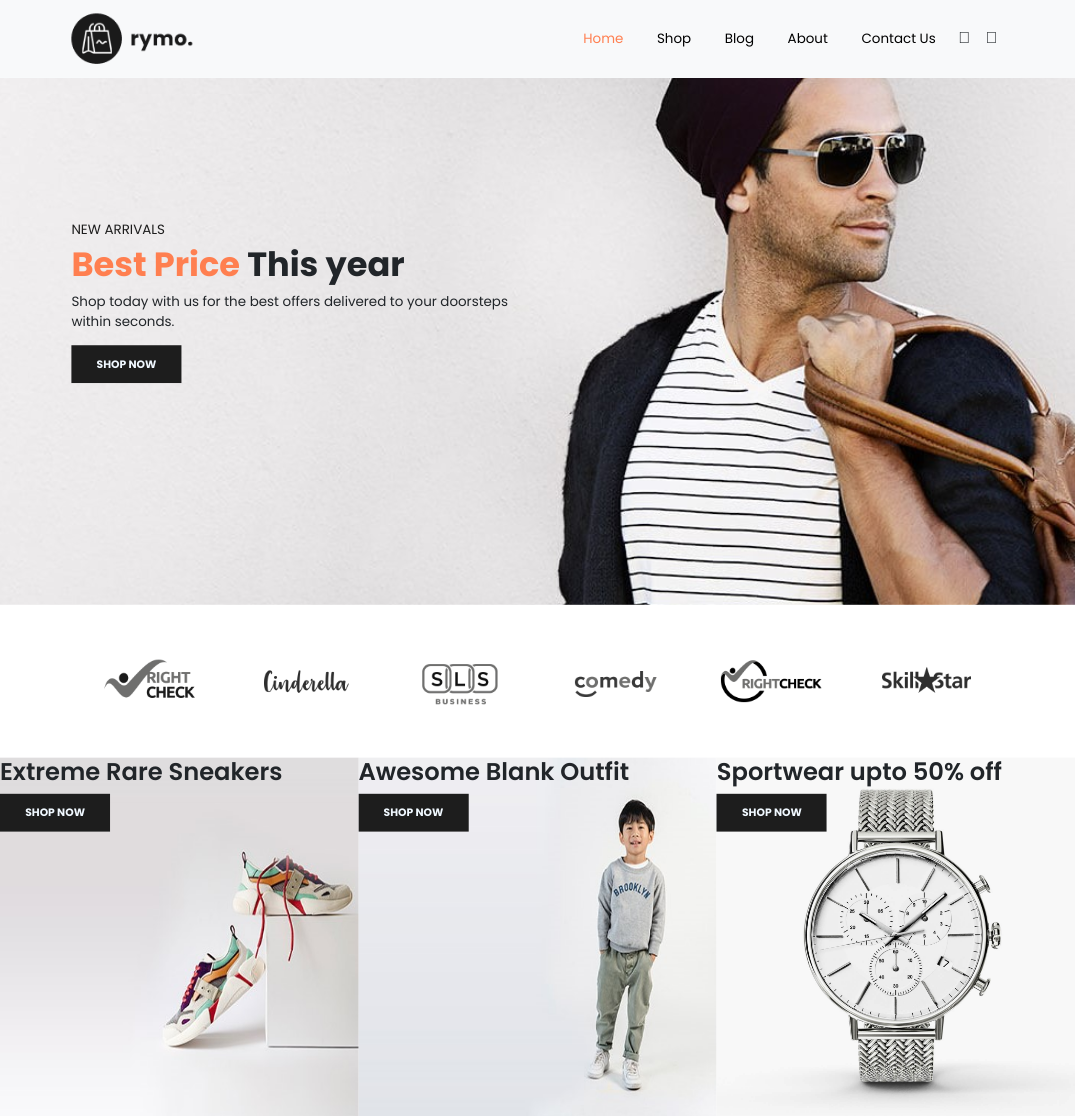
Repository: peter417waweru/e-commerce-UI
Page: index.html
The author's editor kept a copy of each file at every save. The page is drawn from the files as they stood at one save, then again after the next save.
The browser window is 1280 px wide. The pictures show the whole page, at 84% of full size.
Some web libraries are served in a nearby version.

Above is the page before, as saved 2025-02-07 20:30:14.

### index.html
<!DOCTYPE html>
<html lang="en">

    <head>
        <meta charset="UTF-8">
        <meta http-equiv="X-UA-Compatible" content="IE=edge">
        <meta name="viewport" content="width=device-width, initial-scale=1.0">
        <title>Ecommerce Website1</title>

        <link rel="stylesheet" href="https://cdn.jsdelivr.net/npm/bootstrap@4.1.3/dist/css/bootstrap.min.css"
         integrity="sha384-MCw98/SFnGE8fJT3GXwEOngsV7Zt27NXFoaoApmYm81iuXoPkFOJwJ8ERdknLPMO" crossorigin="anonymous">

        <link rel="stylesheet" href="https://pro.fontawesome.com/releases/v5.10.0/css/all.css" />

        <link rel="stylesheet" href="./style.css">
    </head>

    <body>

        <nav class="navbar navbar-expand-lg navbar-light bg-light py-3 fixed-top">
            <div class="container">
              <img src="img/logo1.png" alt="">
              <button class="navbar-toggler" type="button" data-bs-toggle="collapse" data-bs-target="#navbarSupportedContent" aria-controls="navbarSupportedContent" aria-expanded="false" aria-label="Toggle navigation">
                <span><i id="bar" class="fas fa-bars"></i></span>
              </button>
              <div class="collapse navbar-collapse" id="navbarSupportedContent">
                <ul class="navbar-nav ml-auto">
                  <li class="nav-item">
                    <a class="nav-link active" aria-current="page" href="#">Home</a>
                  </li>
                  <li class="nav-item">
                    <a class="nav-link" aria-current="page" href="#">Shop</a>
                  </li>
                  <li class="nav-item">
                    <a class="nav-link" aria-current="page" href="#">Blog</a>
                  </li>
                  <li class="nav-item">
                    <a class="nav-link" aria-current="page" href="#">About</a>
                  </li>
                  <li class="nav-item">
                    <a class="nav-link" aria-current="page" href="#">Contact Us</a>
                  </li>
                  <li class="nav-item">
                    <i class="fal fa-search"></i>
                    <i class="fal fa-shopping-bag"></i>
                  </li>


                </ul>

              </div>
            </div>
        </nav>


        <section id="home">
          <div class="container">
            <h5>NEW ARRIVALS</h5>
            <h1><span>Best Price</span> This year</h1>
            <p>Shop today with us for the best offers delivered to your doorsteps <br>
               within seconds.
            </p>
            <button>Shop Now</button>
          </div>
        </section>

        <section id="brand" class="container">
          <div class="row m-0 py-5">
            <img class="img-fluid col-lg-2 col-md-4 col-sm-6" src="img/brand/1.png" alt="">
            <img class="img-fluid col-lg-2 col-md-4 col-sm-6" src="img/brand/2.png" alt="">
            <img class="img-fluid col-lg-2 col-md-4 col-sm-6" src="img/brand/3.png" alt="">
            <img class="img-fluid col-lg-2 col-md-4 col-sm-6" src="img/brand/4.png" alt="">
            <img class="img-fluid col-lg-2 col-md-4 col-sm-6" src="img/brand/5.png" alt="">
            <img class="img-fluid col-lg-2 col-md-4 col-sm-6" src="img/brand/6.png" alt="">
          </div>
        </section>

        <section id="new" class="w-100">
          <div class="row p-0 m-0">
            <div class="one col-lg-4 col-md-12 col-sm-12 p-0">
              <img class="img-fluid" src="img/new/1.jpg" alt="">
              <div class="details">
                <h2>Extreme Rare Sneakers</h2>
                <button class="text-uppercase">shop now</button>
              </div>
            </div>
            <div class="one col-lg-4 col-md-12 col-sm-12 p-0">
              <img class="img-fluid" src="img/new/2.jpg" alt="">
              <div class="details">
                <h2>Awesome Blank Outfit</h2>
                <button class="text-uppercase">shop now</button>
              </div>
            </div>
            <div class="one col-lg-4 col-md-12 col-sm-12 p-0">
              <img class="img-fluid" src="img/new/3.jpg" alt="">
              <div class="details">
                <h2>Sportwear upto 50% off</h2>
                <button class="text-uppercase">shop now</button>
              </div>
            </div>
          </div>

        </section>
        <script src="https://cdn.jsdelivr.net/npm/@popperjs/core@2.9.1/dist/umd/popper.min.js"
            integrity="sha384-SR1sx49pcuLnqZUnnPwx6FCym0wLsk5JZuNx2bPPENzswTNFaQU1RDvt3wT4gWFG"
            crossorigin="anonymous"></script>
        <script src="https://cdn.jsdelivr.net/npm/bootstrap@5.0.0-beta3/dist/js/bootstrap.min.js"
            integrity="sha384-j0CNLUeiqtyaRmlzUHCPZ+Gy5fQu0dQ6eZ/xAww941Ai1SxSY+0EQqNXNE6DZiVc"
            crossorigin="anonymous"></script>
    </body>

</html>

### style.css
@import url("https://fonts.googleapis.com/css2?family=Poppins:wght@100;200;300;400;500;600;700;800;900&display=swap");
* {
  margin: 0;
  padding: 0;
  box-sizing: border-box;
}

body {
  font-family: "Poppins", sans-serif;
}

h1 {
  font-size: 2.5rem;
  font-weight: 700;
}

h2 {
  font-size: 1.8rem;
  font-weight: 600;
}

h3 {
  font-size: 1.4rem;
  font-weight: 800;
}

h4 {
  font-size: 1.1rem;
  font-weight: 600;
}

h5 {
  font-size: 1rem;
  font-weight: 400;
  color: #1d1d1d;
}

h6 {
  color: #d8d8d8;
}

button {
  font-size: 0.8rem;
  font-weight: 700;
  outline: none;
  border: none;
  background-color: #1d1d1d;
  color: aliceblue;
  padding: 13px 30px;
  cursor: pointer;
  text-transform: uppercase;
  transition: 0.3s ease;
}

button:hover {
  background-color: #3a3833;
}

hr {
  width: 30px;
  height: 2px;

}

.navbar {
  font-size: 16px;
  background-color: #d8d8d8;
  top: 0;
  left: 0;
}

.navbar-light .navbar-nav .nav-link{
  padding: 0 20px;
  color: black;
  transition: 0.3s ease;
}

.navbar-light .navbar-nav .nav-link:hover,
.navbar i:hover,
.navbar-light .navbar-nav .nav-link.active,
.navbar i.active
{
  color: coral;
}



.navbar i{
  font-size: 1.2rem;
  padding: 0 7px;
  cursor: pointer;
  transition: 0.3s ease;
}

/* Mobile Nav*/


.navbar-light .navbar-toggler{
  border: none;
  outline: none;
}

#bar {
  font-size: 1.5rem;
  padding: 7px;
  cursor: pointer;
  font-weight: 500;
  color: black;
  transition: 0.3s ease;
}

#bar:hover,
#bar.active{
  color: #fff;
}

@media only screen and (max-width: 990px) {

  body > nav > div > button:hover ,
  body > nav > div > button:focus {
    background-color: #fb774b;
  }

  body > nav > div > button:hover #bar,
  body > nav > div > button:focus #bar {
    background-color: #fb774b;
  }

  #navbarSupportedContent > ul {
    margin: 1rem;
    justify-content: flex-end;
    align-items: flex-end;
    text-align: right;
  }

  #navbarSupportedContent > ul > li:nth-child(n) > a {
    padding: 10px 0;
  }
}


#home {
  background-image: url("img/back.jpg");
  width: 100%;
  height: 100vh;
  background-size: cover;
  background-position: top 70px center;
  display: flex;
  flex-direction: column;
  align-items: flex-start;
  justify-content: center;

}

#home span{
  color: coral;
}

#new .one img{
  width: 100%;
  height: 100%;
  background-position: center center;
  background-repeat: no-repeat;
  background-size: cover;
  position: relative;
}

#new .one .details{
  position: absolute;
  width: 100%;
  height: 10%;
  top: 0;
  left: 0;
  transition: 0.3s ease;
}

After the next save:
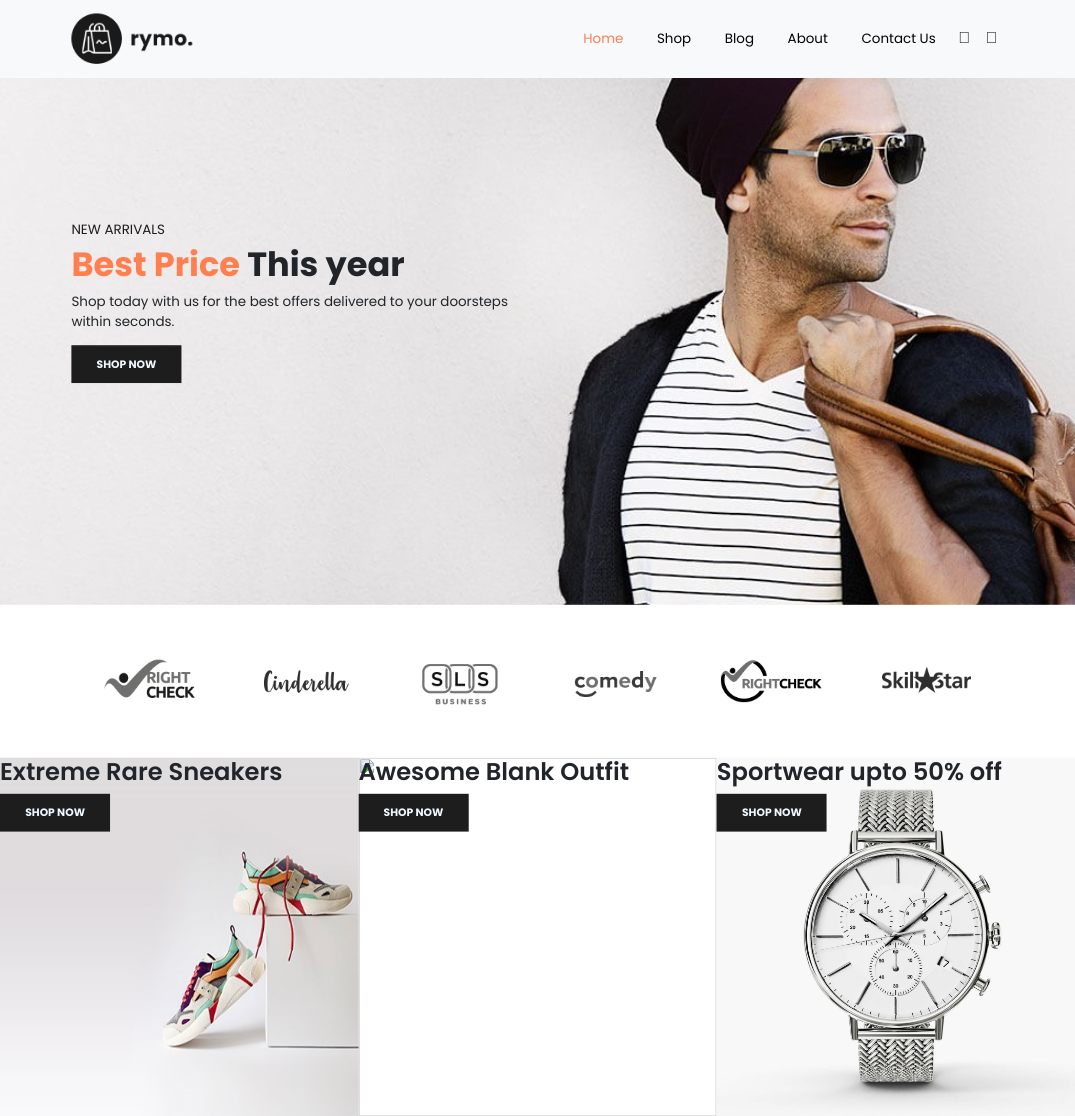
Not found: img/new/55.jpg
Saved 55 s later.
--- a/index.html
+++ b/index.html
@@ -85,7 +85,7 @@
               </div>
             </div>
             <div class="one col-lg-4 col-md-12 col-sm-12 p-0">
-              <img class="img-fluid" src="img/new/2.jpg" alt="">
+              <img class="img-fluid" src="img/new/55.jpg" alt="">
               <div class="details">
                 <h2>Awesome Blank Outfit</h2>
                 <button class="text-uppercase">shop now</button>

After the save that followed:
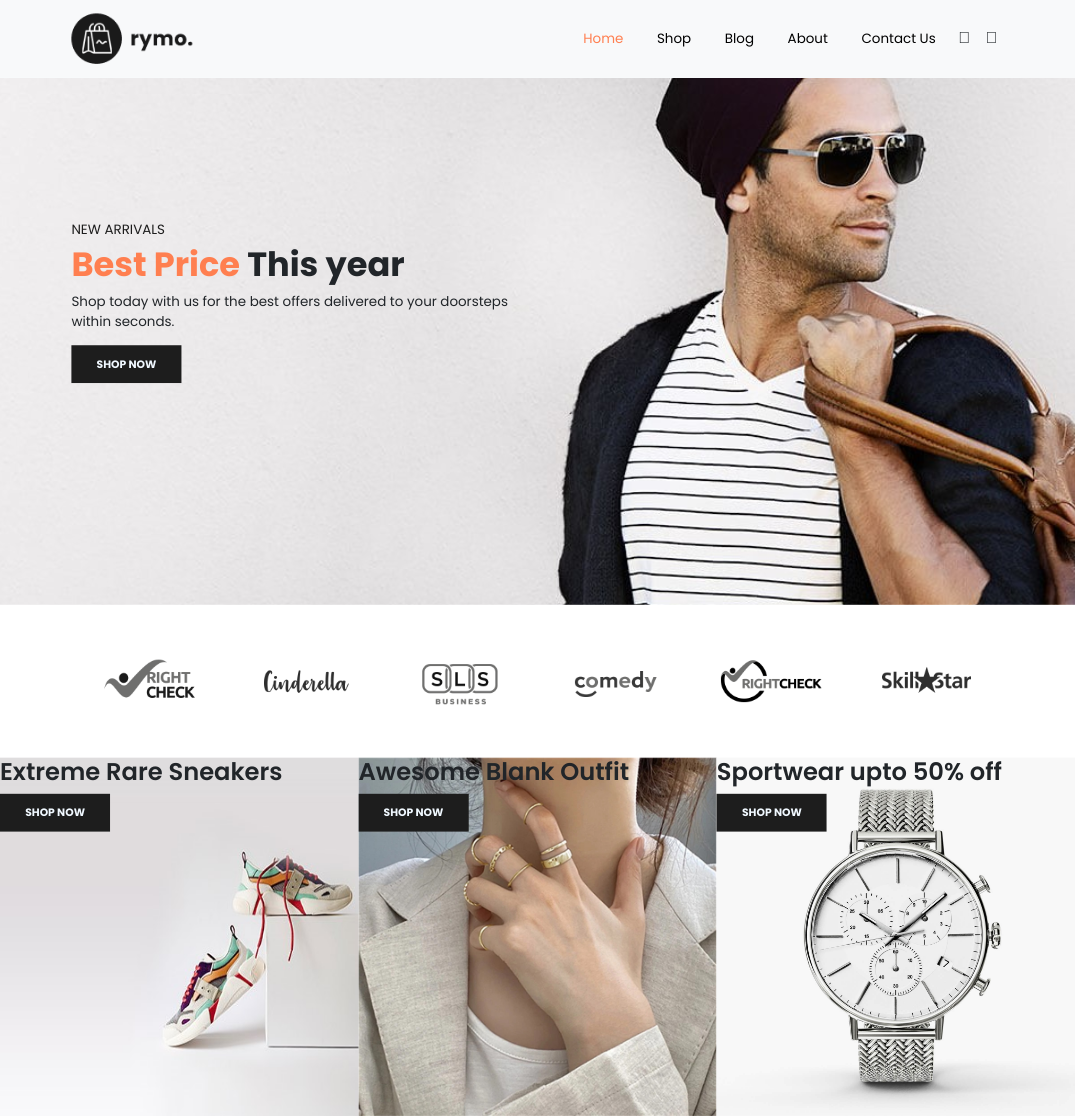
Saved 14 s later.
--- a/index.html
+++ b/index.html
@@ -85,7 +85,7 @@
               </div>
             </div>
             <div class="one col-lg-4 col-md-12 col-sm-12 p-0">
-              <img class="img-fluid" src="img/new/55.jpg" alt="">
+              <img class="img-fluid" src="img/new/5.jpg" alt="">
               <div class="details">
                 <h2>Awesome Blank Outfit</h2>
                 <button class="text-uppercase">shop now</button>
